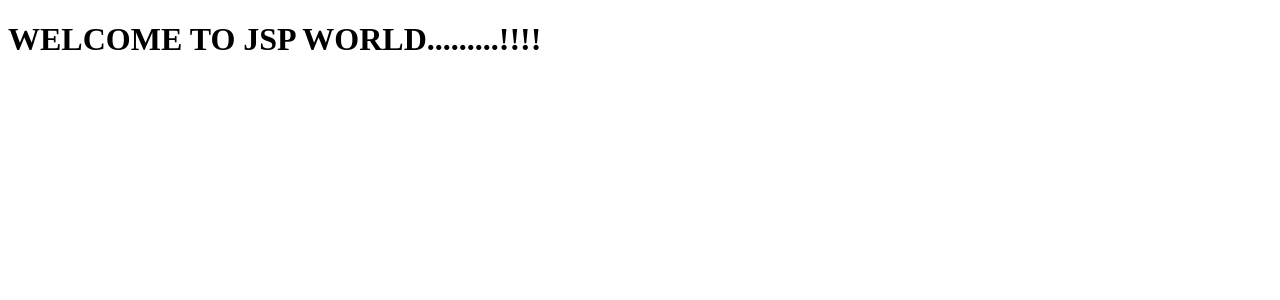
Repository: vaibhaokamble/MY_INSTITUTE_PUNE
Page: http://localhost/JSPApplication/first.jsp
An editor plug-in stored every save of this project. The page is shown before and after the next save, followed by the edit.
The browser window is 1280 px wide. The pictures show the whole page.
The page is served by Tomcat 9.

Above is the page before, as saved 2022-10-17 13:35:18.

### JSP/JSPApplication/src/main/webapp/first.jsp
<%@ page language="java" contentType="text/html; charset=UTF-8"
    pageEncoding="UTF-8"%>
<!DOCTYPE html>
<html>
<head>
<meta charset="UTF-8">
<title>Insert title here</title>
</head>
<body>
<h1> WELCOME TO JSP WORLD.........!!!!</h1>
</body>
</html>

After the next save:
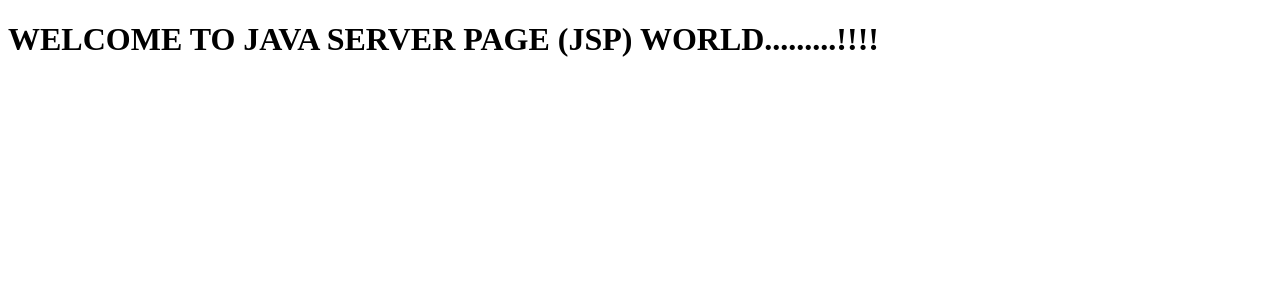
Saved 3 min 47 s later.
--- a/JSP/JSPApplication/src/main/webapp/first.jsp
+++ b/JSP/JSPApplication/src/main/webapp/first.jsp
@@ -7,6 +7,6 @@
 <title>Insert title here</title>
 </head>
 <body>
-<h1> WELCOME TO JSP WORLD.........!!!!</h1>
+<h1> WELCOME TO JAVA SERVER PAGE (JSP) WORLD.........!!!!</h1>
 </body>
 </html>
